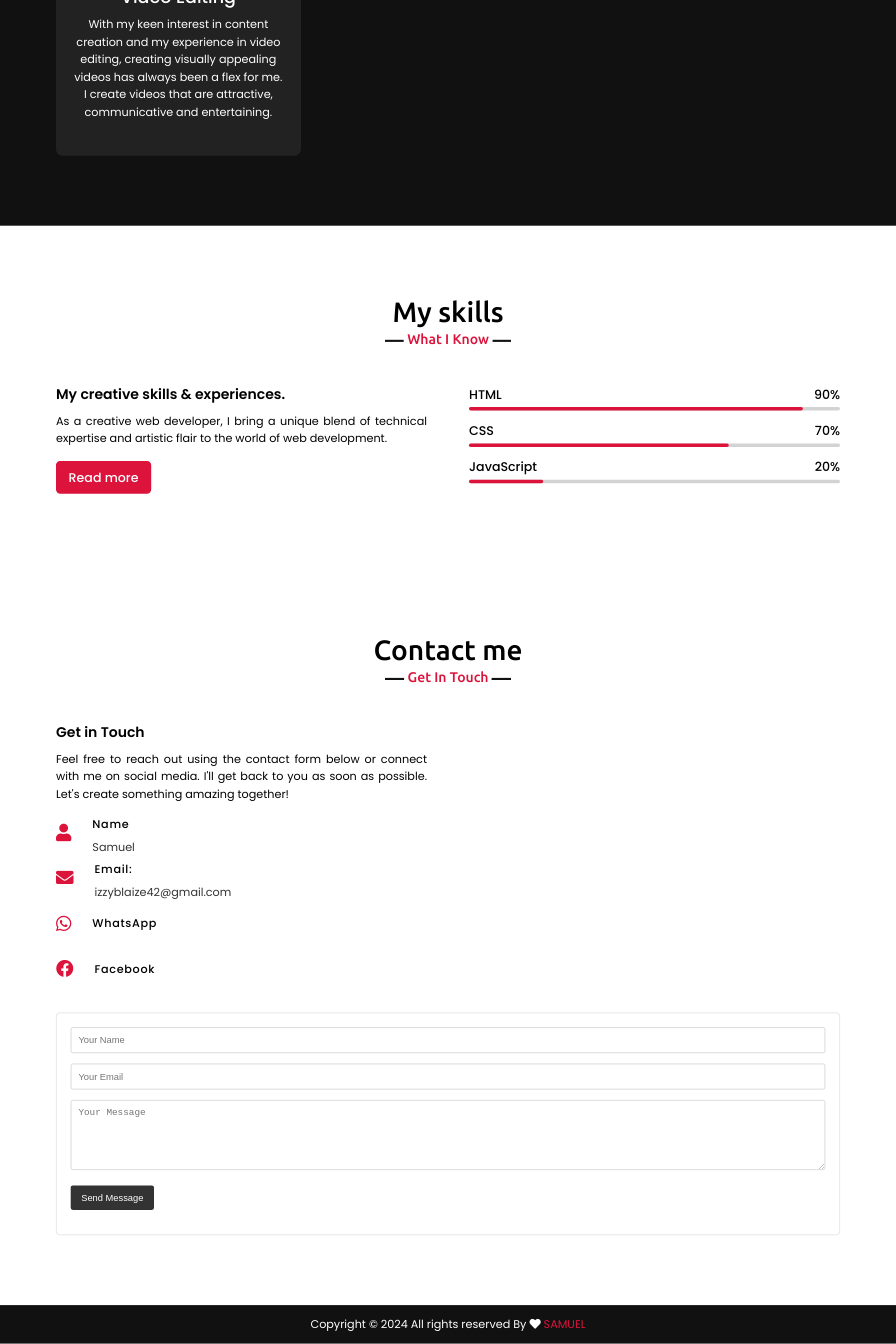
Repository: thedigitalwhizzy/JHF
Page: index.html
The author's editor kept a copy of each file at every save. The page is drawn from the files as they stood at one save, then again after a run of saves.
The browser window is 1280 px wide. The pictures show the part of the page from y = 2218 to 4138 px (the page is 4138 px tall before and 3953 px after), at 70% of full size.
Backgrounds fixed to the window are drawn as part of the page.

Above is the page before, as saved 2024-06-22 15:21:54.

### index.html
<!DOCTYPE html>
<html lang="en">

<head>
  <meta charset="UTF-8">
  <title>Samuel | Portfolio</title>
  <link rel="stylesheet" href="style.css">
  <link rel="stylesheet" href="https://cdnjs.cloudflare.com/ajax/libs/font-awesome/5.15.3/css/all.min.css" />
  <script src="https://code.jquery.com/jquery-3.5.1.min.js"></script>
  <script src="https://cdnjs.cloudflare.com/ajax/libs/typed.js/2.0.11/typed.min.js"></script>
  <script src="https://cdnjs.cloudflare.com/ajax/libs/waypoints/4.0.1/jquery.waypoints.min.js"></script>
  <script src="https://cdnjs.cloudflare.com/ajax/libs/OwlCarousel2/2.3.4/owl.carousel.min.js"></script>
  <link rel="stylesheet" href="https://cdnjs.cloudflare.com/ajax/libs/OwlCarousel2/2.3.4/assets/owl.carousel.min.css" />
  <meta name="title" content="Samuel - Web Developer, Graphics designer, Freelancer, Content creator, Video editor, Photo editor" />
  <meta name="description" content="Samuel - Web Developer, Graphics designer, Freelancer, Content creator, Video editor, Photo editor" />
  <meta name="charset" content="UTF-8" />
  <meta name="viewport" content="width=device-width, initial-scale=1, minimum-scale=1, maximum-scale=1" />
  <meta name="robots" content="index, follow" />
  <meta name="googlebot" content="index, follow" />
  <meta name="revisit-after" content="1 days" />
  <meta http-equiv="X-UA-Compatible" content="IE=edge,chrome=1" />
  <meta http-equiv="Content-Language" content="en" />
  <meta property="og:title" content="Samuel - Web Developer, Graphics designer, Freelancer, Content creator, Video editor, Photo editor">
  <meta property="og:description" content="Samuel - Web Developer, Graphics designer, Freelancer, Content creator, Video editor, Photo editor">
  <meta property="og:locale" content="en_US">
  <meta property="og:type" content="website">
  <meta property="og:site_name" content="Samuel">
  <meta property="og:url" content="">
  <meta itemprop="image" content="rajuan.png">
  <meta property="og:image" content="rajuan.png">
  <meta property="og:image:secure_url" content="rajuan.png">
  <meta property="og:image:width" content="650">
  <meta property="og:image:height" content="350">
  <meta property="twitter:title" content="Samuel - Web Developer, Graphics designer, Freelancer, Content creator, Video editor, Photo editor">
  <meta property="twitter:description" content="Samuel - Web Developer, Graphics designer, Freelancer, Content creator, Video editor, Photo editor">
  <meta property="twitter:url" content="">
  <meta property="twitter:card" content="summary">
  <meta name="apple-mobile-web-app-status-bar" content="#202125">
  <link rel="canonical" href="">
  <link rel="alternate" hreflang="en" href="">
  <link rel="icon" href="icon.png" type="image/x-icon">
  <link rel="dns-prefetch" href="https://cdnjs.cloudflare.com/">
  <meta name="apple-mobile-web-app-status-bar" content="#202125">
</head>

<body>
  <div class="scroll-up-btn">
    <i class="fas fa-angle-up"></i>
  </div>
  <nav class="navbar">
    <div class="max-width">
      <div class="logo"><a href="https://instagram.com/izzy.blaize?igshid=OGY3MTU3OGY1Mw==">Sam<span>uel.</span></a></div>
        <div class="menu-btn">
        <i class="fas fa-bars"></i>
      </div>
    </div>
  </nav>

<body>


  <section class="home" id="home">
    <div class="max-width">
      <div class="home-content">
        <div class="text-1">Hello, My name is</div>
        <div class="text-2">Samuel</div>
        <div class="text-3">And I'm a web designer <span class="typing"></span></div>
        <a href="https://wa.link/4fl7y6">Hire me</a>
      </div>
    </div>
  </section>
  <section class="about" id="about">
    <div class="max-width">
      <h2 class="title">About me</h2>
      <div class="about-content">
        <div class="column left">
          <img src="rajuan.png">
        </div>
        <div class="column right">
          <div class="text">I'm Samuel and I'm a<span class="typing-2"></span></div>
          <p>Passionate programmer and web developer with expertise in front-end development. With a strong eye for design and a commitment to creating seamless user experiences, I specialize in crafting visually appealing appealing websites. Let's bring your ideas to life together!</p>
          <a href="read-more.html">Read More</a>
        </div>
      </div>
    </div>
  </section>
  <section class="services" id="services">
    <div class="max-width">
      <h2 class="title">My services</h2>
      <div class="serv-content">
        <div class="card">
          <div class="box">
            <i class="fas fa-paint-brush"></i>
            <div class="text">Web Design</div>
            <p>With a keen eye for aesthetics and a deep understanding of user-centered design principles, I have a knack for creating visually stunning and intuitive web designs that captivate users and elevate their online experience.</p>
          </div>
        </div>
        <div class="card">
          <div class="box">
            <i class="fas fa-gamepad"></i>
            <div class="text">Graphics Design</div>
            <p>Drawing from my passion for graphics and extensive knowledge of graphics design principles, I specialize in creating attractive and captivating design experiences that inscribe meaningful messages</p>
          </div>
        </div>
        <div class="card">
          <div class="box">
            <i class="fas fa-code"></i>
            <div class="text">Web Development</div>
            <p>With a solid foundation in web development technologies and a knack for problem-solving, I excel in crafting responsive and feature-rich websites.I bring together the best practices in HTML, CSS and JavaScript, to deliver seamless user experiences.</p>
          </div>
        </div>
        <div class="card">
          <div class="box">
            <i class="fas fa-sitemap"></i>
            <div class="text">Video Editing</div>
            <p>With my keen interest in content creation and my experience in video editing, creating visually appealing videos has always been a flex for me. I create videos that are attractive, communicative and entertaining.</p>
          </div>
        </div>
      </div>
    </div>
    </div>
  </section>
  <!-- skills section start -->
  <section class="skills" id="skills">
    <div class="max-width">
      <h2 class="title">My skills</h2>
      <div class="skills-content">
        <div class="column left">
          <div class="text">My creative skills & experiences.</div>
          <p>As a creative web developer, I bring a unique blend of technical expertise and artistic flair to the world of web development.</p>
          <a href="skills.html">Read more</a>
        </div>
        <div class="column right">
          <div class="bars">
            <div class="info">
              <span>HTML</span>
              <span>90%</span>
            </div>
            <div class="line html"></div>
          </div>
          <div class="bars">
            <div class="info">
              <span>CSS</span>
              <span>70%</span>
            </div>
            <div class="line css"></div>
          </div>
          <div class="bars">
            <div class="info">
              <span>JavaScript</span>
              <span>20%</span>
            </div>
            <div class="line js"></div>
          </div>
        </div>
      </div>
    </div>
  </section>
  <!-- contact section start -->
  <section class="contact" id="contact">
    <div class="max-width">
      <h2 class="title">Contact me</h2>
      <div class="contact-content">
        <div class="column left">
          <div class="text">Get in Touch</div>
          <p>Feel free to reach out using the contact form below or connect with me on social media. I'll get back to you as soon as possible. Let's create something amazing together!</p>
          <div class="icons">
            <div class="row">
              <i class="fas fa-user"></i>
              <div class="info">
                <div class="head">Name</div>
                <div class="sub-title">Samuel</div>
              </div>
            </div>
            <div class="row">
              <i class="fas fa-envelope"></i>
              <div class="info">
                <div class="head">Email:</div>
                <div class="sub-title">izzyblaize42@gmail.com</div>
              </div>
            </div>
            <div class="row">
              <i class="fab fa-whatsapp"></i>
              <div class="info">
                <div class="head"><a style="color:#000" href="https://wa.link/4fl7y6">WhatsApp</a>
                </div>
              </div>
            </div>
            <div class="row">
              <i class="fab fa-facebook"></i>
              <div class="info">
                <div class="head"><a style="color:black" href="https://www.facebook.com/profile.php?id=61552224441534&mibextid=9idTr45qYp7jtedz">Facebook</a></div>
              </div>
            </div>
            </div>
          </div>
        </div>


        <form action="submit-form.php" method="post" class="contact-form">
          <div class="form-field">
            <input type="text" name="name" id="name" placeholder="Your Name" required>
          </div>
          <div class="form-field">
            <input type="email" name="email" id="email" placeholder="Your Email" required>
          </div>
          <div class="form-field">
            <textarea name="message" id="message" placeholder="Your Message" rows="5" required></textarea>
          </div>
          <div class="form-field">
            <button type="submit">Send Message</button>
          </div>
        </form>
      </div>
      </div>
    </div>
  </section>
  <footer>
    <span>Copyright © <script>
        document.write(new Date().getFullYear());
      </script> All rights reserved By <i class="fa fa-heart"></i> <a href="https://www.facebook.com/profile.php?id=61552224441534&mibextid=9idTr45qYp7jtedz">SAMUEL</a></p>
  </footer>
  <script src="script.js"></script>
  <script
  type="text/javascript"
  src="https://cdn.jsdelivr.net/npm/@emailjs/browser@4/dist/email.min.js">
</script>

</body>

</html>

### style.css
@import url('https://fonts.googleapis.com/css2?family=Poppins:wght@400;500;600;700&family=Ubuntu:wght@400;500;700&display=swap');

* {
  margin: 0;
  padding: 0;
  box-sizing: border-box;
  text-decoration: none;
}

.card {
  color: #fff;
}

html {
  scroll-behavior: smooth;
}

/* custom scroll bar */
::-webkit-scrollbar {
  width: 10px;
}

::-webkit-scrollbar-track {
  background: #f1f1f1;
}

::-webkit-scrollbar-thumb {
  background: #888;
}

::-webkit-scrollbar-thumb:hover {
  background: #555;
}

/* all similar content styling codes */
section {
  padding: 100px 0;
}

.max-width {
  max-width: 1300px;
  padding: 0 80px;
  margin: auto;
}

.about,
.services,
.skills,
.teams,
.contact,
footer {
  font-family: 'Poppins', sans-serif;
}

.about .about-content,
.services .serv-content,
.skills .skills-content,
.contact .contact-content {
  display: flex;
  flex-wrap: wrap;
  align-items: center;
  justify-content: space-between;
}

section .title {
  position: relative;
  text-align: center;
  font-size: 40px;
  font-weight: 500;
  margin-bottom: 60px;
  padding-bottom: 20px;
  font-family: 'Ubuntu', sans-serif;
}

section .title::before {
  content: "";
  position: absolute;
  bottom: 0px;
  left: 50%;
  width: 180px;
  height: 3px;
  background: #111;
  transform: translateX(-50%);
}

section .title::after {
  position: absolute;
  bottom: -8px;
  left: 50%;
  font-size: 20px;
  color: crimson;
  padding: 0 5px;
  background: #fff;
  transform: translateX(-50%);
}

/* navbar styling */
.navbar {
  position: fixed;
  width: 100%;
  z-index: 999;
  padding: 30px 0;
  font-family: 'Ubuntu', sans-serif;
  transition: all 0.3s ease;
}

.navbar.sticky {
  padding: 15px 0;
  background: crimson;
}

.navbar .max-width {
  display: flex;
  align-items: center;
  justify-content: space-between;
}

.navbar .logo a {
  color: #fff;
  font-size: 35px;
  font-weight: 600;
}

.navbar .logo a span {
  color: crimson;
  transition: all 0.3s ease;
}

.navbar.sticky .logo a span {
  color: #fff;
}

.navbar .menu li {
  list-style: none;
  display: inline-block;
}

.navbar .menu li a {
  display: block;
  color: #fff;
  font-size: 18px;
  font-weight: 500;
  margin-left: 25px;
  transition: color 0.3s ease;
}

.navbar .menu li a:hover {
  color: crimson;
}

.navbar.sticky .menu li a:hover {
  color: #fff;
}

/* menu btn styling */
.menu-btn {
  color: #fff;
  font-size: 23px;
  cursor: pointer;
  display: none;
}

.scroll-up-btn {
  position: fixed;
  height: 45px;
  width: 42px;
  background: crimson;
  right: 30px;
  bottom: 10px;
  text-align: center;
  line-height: 45px;
  color: #fff;
  z-index: 9999;
  font-size: 30px;
  border-radius: 6px;
  border-bottom-width: 2px;
  cursor: pointer;
  opacity: 0;
  pointer-events: none;
  transition: all 0.3s ease;
}

.scroll-up-btn.show {
  bottom: 30px;
  opacity: 1;
  pointer-events: auto;
}

.scroll-up-btn:hover {
  filter: brightness(100%);
}


/* home section styling */
.home {
  display: flex;
  background: url("banner.jpg") no-repeat center;
  height: 100vh;
  color: #fff;
  min-height: 500px;
  background-size: cover;
  background-attachment: fixed;
  font-family: 'Ubuntu', sans-serif;
}

.home .max-width {
  width: 100%;
  display: flex;
}

.home .max-width .row {
  margin-right: 0;
}

.home .home-content .text-1 {
  font-size: 27px;
}

.home .home-content .text-2 {
  font-size: 75px;
  font-weight: 600;
  margin-left: -3px;
}

.home .home-content .text-3 {
  font-size: 40px;
  margin: 5px 0;
}

.home .home-content .text-3 span {
  color: crimson;
  font-weight: 500;
}

.home .home-content a {
  display: inline-block;
  background: crimson;
  color: #fff;
  font-size: 25px;
  padding: 12px 36px;
  margin-top: 20px;
  font-weight: 400;
  border-radius: 6px;
  border: 2px solid crimson;
  transition: all 0.3s ease;
}

.home .home-content a:hover {
  color: crimson;
  background: none;
}

/* about section styling */
.about .title::after {
  content: "Who Am I";
}

.about .about-content .left {
  width: 45%;
}

.about .about-content .left img {
  height: 400px;
  width: 400px;
  object-fit: cover;
  border-radius: 6px;
}

.about .about-content .right {
  width: 55%;
}

.about .about-content .right .text {
  font-size: 25px;
  font-weight: 600;
  margin-bottom: 10px;
}

.about .about-content .right .text span {
  color: crimson;
}

.about .about-content .right p {
  text-align: justify;
}

.about .about-content .right a {
  display: inline-block;
  background: crimson;
  color: #fff;
  font-size: 20px;
  font-weight: 500;
  padding: 10px 30px;
  margin-top: 20px;
  border-radius: 6px;
  border: 2px solid crimson;
  transition: all 0.3s ease;
}

.about .about-content .right a:hover {
  color: crimson;
  background: none;
}

/* services section styling */
.services,
.teams {
  color: #fff;
  background: #111;
}

.services .title::before,
.teams .title::before {
  background: #fff;
}

.services .title::after,
.teams .title::after {
  background: #111;
  content: "What I Provide";
}

.services .serv-content .card {
  width: calc(33% - 20px);
  background: #222;
  text-align: center;
  border-radius: 9px;
  padding: 50px 25px;
  cursor: pointer;
  transition: all 0.3s ease;
}

.services .serv-content .card:hover {
  background: crimson;
}

.services .serv-content .card .box {
  transition: all 0.3s ease;
}

.services .serv-content .card:hover .box {
  transform: scale(1.05);
}

.services .serv-content .card i {
  font-size: 50px;
  color: crimson;
  transition: color 0.3s ease;
}

.services .serv-content .card:hover i {
  color: #fff;
}

.services .serv-content .card .text {
  font-size: 25px;
  font-weight: 500;
  margin: 10px 0 7px 0;
}

/* skills section styling */

.skills .title::after {
  content: "What I Know";
}

.skills .skills-content .column {
  width: calc(50% - 30px);
}

.skills .skills-content .left .text {
  font-size: 20px;
  font-weight: 600;
  margin-bottom: 10px;
}

.skills .skills-content .left p {
  text-align: justify;
}

.skills .skills-content .left a {
  display: inline-block;
  background: crimson;
  color: #fff;
  font-size: 18px;
  font-weight: 500;
  padding: 8px 16px;
  margin-top: 20px;
  border-radius: 6px;
  border: 2px solid crimson;
  transition: all 0.3s ease;
}

.skills .skills-content .left a:hover {
  color: crimson;
  background: none;
}

.skills .skills-content .right .bars {
  margin-bottom: 15px;
}

.skills .skills-content .right .info {
  display: flex;
  margin-bottom: 5px;
  align-items: center;
  justify-content: space-between;
}

.skills .skills-content .right span {
  font-weight: 500;
  font-size: 18px;
}

.skills .skills-content .right .line {
  height: 5px;
  width: 100%;
  background: lightgrey;
  position: relative;
  border-radius: 20px;
}

.skills .skills-content .right .line::before {
  content: "";
  position: absolute;
  height: 100%;
  left: 0;
  top: 0;
  background: crimson;
}

.skills-content .right .html::before {
  width: 90%;
  border-radius: 20px;
}

.skills-content .right .css::before {
  width: 70%;
  border-radius: 20px;
}

.skills-content .right .js::before {
  width: 20%;
  border-radius: 20px;
}

.skills-content .right .php::before {
  width: 50%;
  border-radius: 20px;
}

.skills-content .right .mysql::before {
  width: 70%;
  border-radius: 20px;
}

.skills-content .right .python::before {
  width: 40%;
  border-radius: 20px;
}

.skills-content .right .java::before {
  width: 55%;
  border-radius: 20px;
}

/* teams section styling */
.teams .title::after {
  content: "Who With Me";
}

.teams .carousel .card {
  background: #222;
  border-radius: 6px;
  padding: 25px 35px;
  text-align: center;
  overflow: hidden;
  transition: all 0.3s ease;
}

.teams .carousel .card:hover {
  background: crimson;
}

.teams .carousel .card .box {
  display: flex;
  flex-direction: column;
  align-items: center;
  justify-content: center;
  transition: all 0.3s ease;
}

.teams .carousel .card:hover .box {
  transform: scale(1.05);
}

.teams .carousel .card .text {
  font-size: 25px;
  font-weight: 500;
  margin: 10px 0 7px 0;
}

.teams .carousel .card img {
  height: 150px;
  width: 150px;
  object-fit: cover;
  border-radius: 50%;
  border: 5px solid crimson;
  transition: all 0.3s ease;
}

.teams .carousel .card:hover img {
  border-color: #fff;
}

.owl-dots {
  text-align: center;
  margin-top: 20px;
}

.owl-dot {
  height: 13px;
  width: 13px;
  margin: 0 5px;
  outline: none !important;
  border-radius: 50%;
  border: 2px solid crimson !important;
  transition: all 0.3s ease;
}

.owl-dot.active {
  width: 35px;
  border-radius: 14px;
}

.owl-dot.active,
.owl-dot:hover {
  background: crimson !important;
}

/* contact section styling */
.contact .title::after {
  content: "Get In Touch";
}

.contact .contact-content .column {
  width: calc(50% - 30px);
}

.contact .contact-content .text {
  font-size: 20px;
  font-weight: 600;
  margin-bottom: 10px;
}

.contact .contact-content .left p {
  text-align: justify;
}

.contact .contact-content .left .icons {
  margin: 10px 0;
}

.contact .contact-content .row {
  display: flex;
  height: 65px;
  align-items: center;
}

.contact .contact-content .row .info {
  margin-left: 30px;
}

.contact .contact-content .row i {
  font-size: 25px;
  color: crimson;
}

.contact .contact-content .info .head {
  font-weight: 500;
}

.contact .contact-content .info .sub-title {
  color: #333;
}

.contact .right form .fields {
  display: flex;
}

.contact .right form .field,
.contact .right form .fields .field {
  height: 45px;
  width: 100%;
  margin-bottom: 15px;
}

.contact .right form .textarea {
  height: 80px;
  width: 100%;
}

.contact .right form .name {
  margin-right: 10px;
}

.contact .right form .field input,
.contact .right form .textarea textarea {
  height: 100%;
  width: 100%;
  border: 1px solid lightgrey;
  border-radius: 6px;
  outline: none;
  padding: 0 15px;
  font-size: 17px;
  font-family: 'Poppins', sans-serif;
  transition: all 0.3s ease;
}

.contact .right form .field input:focus,
.contact .right form .textarea textarea:focus {
  border-color: #b3b3b3;
}

.contact .right form .textarea textarea {
  padding-top: 10px;
  resize: none;
}

.contact .right form .button-area {
  display: flex;
  align-items: center;
}

.right form .button-area button {
  color: #fff;
  display: block;
  width: 160px !important;
  height: 45px;
  outline: none;
  font-size: 18px;
  font-weight: 500;
  border-radius: 6px;
  cursor: pointer;
  flex-wrap: nowrap;
  background: crimson;
  border: 2px solid crimson;
  transition: all 0.3s ease;
}

.right form .button-area button:hover {
  color: crimson;
  background: none;
}

/* footer section styling */
footer {
  background: #111;
  padding: 15px 23px;
  color: #fff;
  text-align: center;
}

footer span a {
  color: crimson;
  text-decoration: none;
}

footer span a:hover {
  text-decoration: underline;
}


/* responsive media query start */
@media (max-width: 1104px) {
  .about .about-content .left img {
    height: 350px;
    width: 350px;
  }
}

@media (max-width: 991px) {
  .max-width {
    padding: 0 50px;
  }
}

@media (max-width: 947px) {
  .menu-btn {
    display: block;
    z-index: 999;
  }

  .menu-btn i.active:before {
    content: "\f00d";
  }

  .navbar .menu {
    position: fixed;
    height: 100vh;
    width: 100%;
    left: -100%;
    top: 0;
    background: #111;
    text-align: center;
    padding-top: 80px;
    transition: all 0.3s ease;
  }

  .navbar .menu.active {
    left: 0;
  }

  .navbar .menu li {
    display: block;
  }

  .navbar .menu li a {
    display: inline-block;
    margin: 20px 0;
    font-size: 25px;
  }

  .home .home-content .text-2 {
    font-size: 70px;
  }

  .home .home-content .text-3 {
    font-size: 35px;
  }

  .home .home-content a {
    font-size: 23px;
    padding: 10px 30px;
  }

  .max-width {
    max-width: 930px;
  }

  .about .about-content .column {
    width: 100%;
  }

  .about .about-content .left {
    display: flex;
    justify-content: center;
    margin: 0 auto 60px;
  }

  .about .about-content .right {
    flex: 100%;
  }

  .services .serv-content .card {
    width: calc(50% - 10px);
    margin-bottom: 20px;
  }

  .skills .skills-content .column,
  .contact .contact-content .column {
    width: 100%;
    margin-bottom: 35px;
  }
}

@media (max-width: 690px) {
  .max-width {
    padding: 0 23px;
  }

  .home .home-content .text-2 {
    font-size: 60px;
  }

  .home .home-content .text-3 {
    font-size: 32px;
  }

  .home .home-content a {
    font-size: 20px;
  }

  .services .serv-content .card {
    width: 100%;
  }
}

.head {
  padding: 8px 0;
  font-weight: bold;
  letter-spacing: 1px;
}

.rm-ol li {
  padding: 5px 0;
}


@media (max-width: 500px) {
  .home .home-content .text-2 {
    font-size: 50px;
  }

  .home .home-content .text-3 {
    font-size: 27px;
  }

  .about .about-content .right .text,
  .skills .skills-content .left .text {
    font-size: 19px;
  }

  .contact .right form .fields {
    flex-direction: column;
  }

  .contact .right form .name,
  .contact .right form .email {
    margin: 0;
  }

  .right form .error-box {
    width: 150px;
  }

  .scroll-up-btn {
    right: 15px;
    bottom: 15px;
    height: 38px;
    width: 35px;
    font-size: 23px;
    line-height: 38px;
  }
}


/* julius modifications start here */
.contact-form {
  margin-top: 20px;
  padding: 20px;
  border: 1px solid #ddd;
  border-radius: 5px;
}

.form-field {
  margin-bottom: 15px;
}

.form-field input,
.form-field textarea {
  width: 100%;
  padding: 10px;
  border: 1px solid #ccc;
  border-radius: 3px;
}

.form-field textarea {
  height: 100px;
}

.form-field button {
  background-color: #333;
  color: #fff;
  padding: 10px 15px;
  border: none;
  border-radius: 3px;
  cursor: pointer;
}

.form-field button:hover {
  background-color: #222;
}

/* julius modification ends here */

Loaded but not shown: script.js (73 lines, source omitted)

After the next 2 saves:
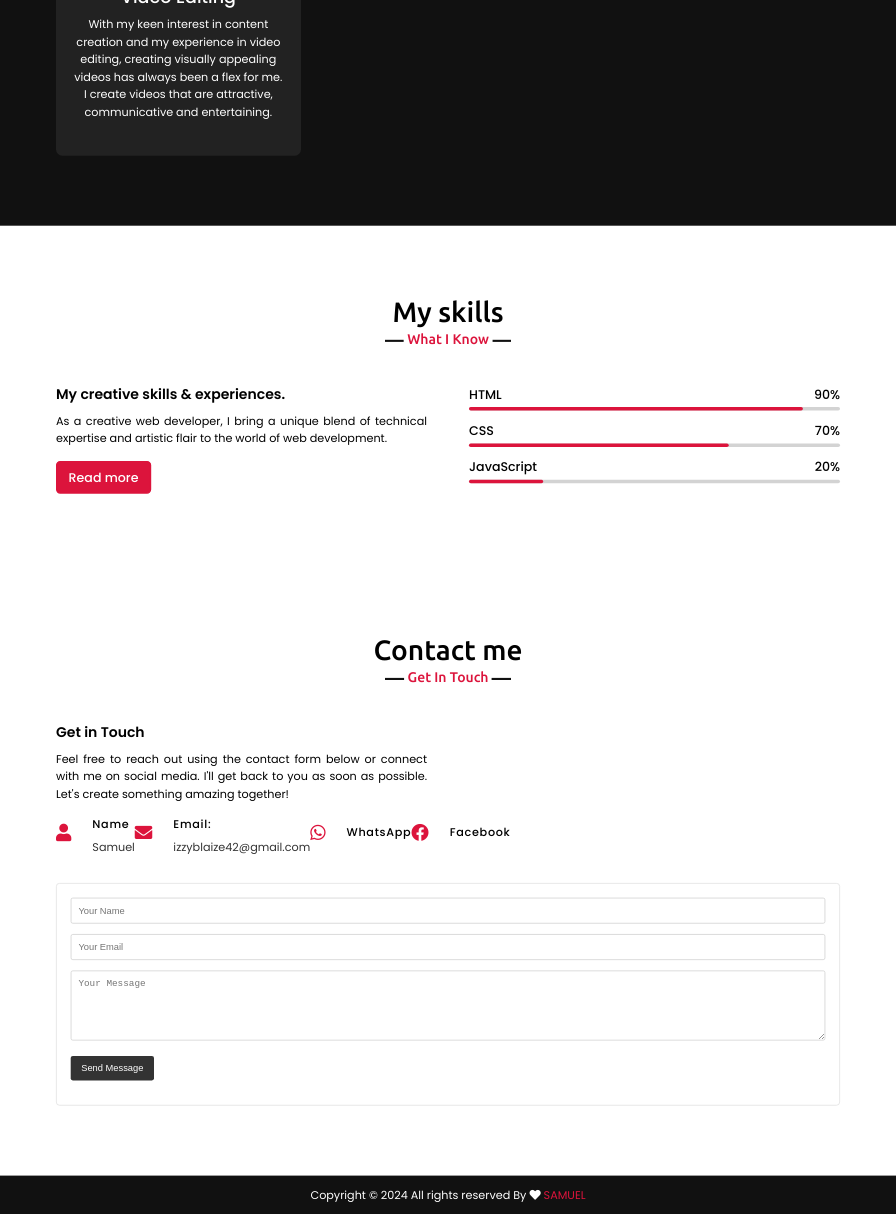
The 2 saves are shown as one change because they came seconds apart.
The last was saved 2 min 16 s later.
--- a/style.css
+++ b/style.css
@@ -872,4 +872,13 @@ footer span a:hover {
   background-color: #222;
 }
 
+.icons {
+  display: flex;
+  justify-content: space-between;
+}
+
+.icons .row {
+  margin-bottom: 10px; /* Optional spacing between rows */
+}
+
 /* julius modification ends here */
